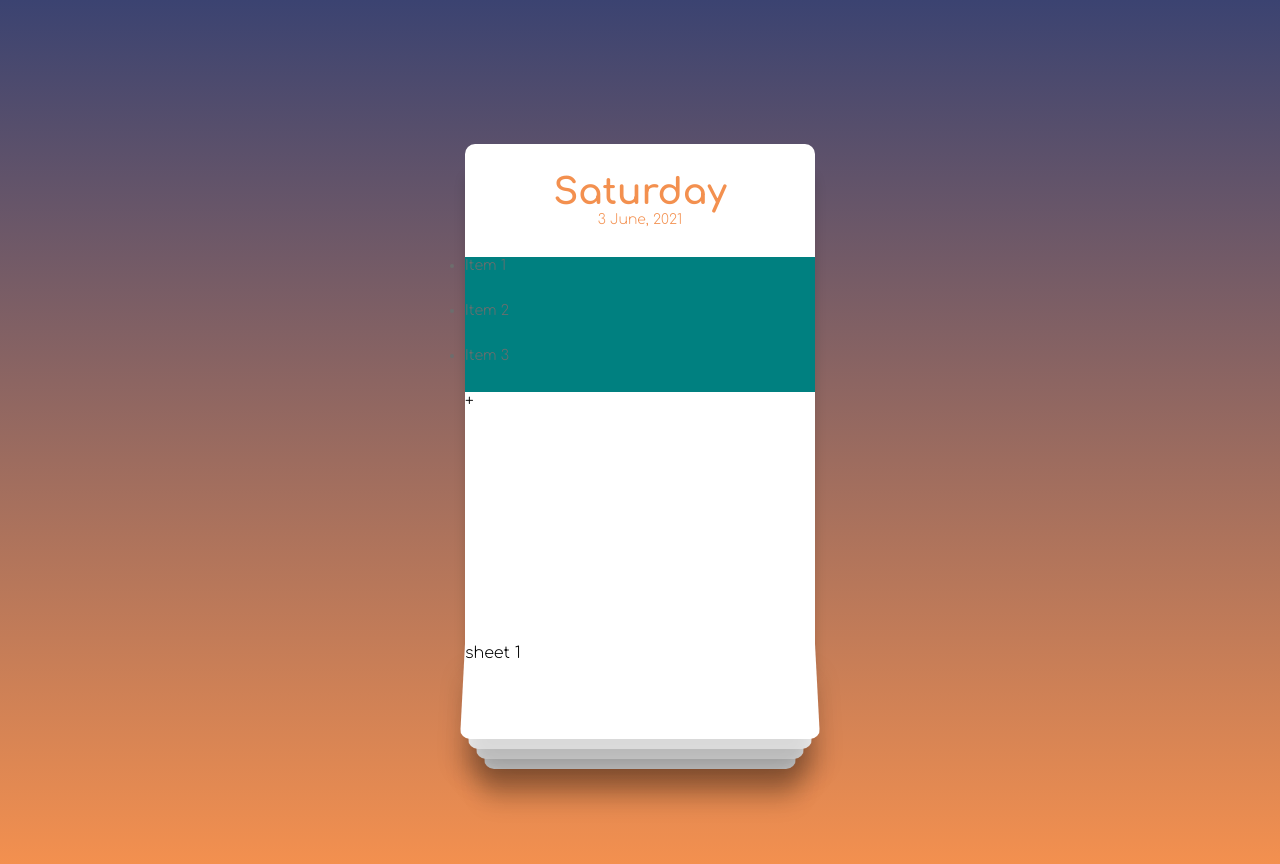
Repository: Colo-Codes/mini-projects
Page: todo-app/index.html
An editor plug-in stored every save of this project. The page is shown before and after the next save, followed by the edit.
The browser window is 1280 px wide. The pictures show the whole page.

Above is the page before, as saved 2021-07-04 12:00:19.

### todo-app/index.html
<!DOCTYPE html>
<html lang="en">
    <head>
        <meta charset="UTF-8" />
        <meta http-equiv="X-UA-Compatible" content="IE=edge" />
        <meta name="viewport" content="width=device-width, initial-scale=1.0" />
        <link rel="stylesheet" href="./css/index.css" />
        <title>Mini-Project - ToDo app</title>
    </head>
    <body>
        <div class="changing-background">
            <main class="todo">
                <section id="todo--header">
                    <header>Saturday</header>
                    <p>3 June, 2021</p>
                </section>
                <section id="todo--tasks-list">
                    <ul>
                        <li class="todo--tasks-list--item">Item 1</li>
                        <li class="todo--tasks-list--item">Item 2</li>
                        <li class="todo--tasks-list--item">Item 3</li>
                    </ul>
                </section>
                <section id="todo--footer">
                    <p>+</p>
                </section>
            </main>
            <div id="sheet-1-3d">sheet 1</div>
            <div id="sheet-2-3d">sheet 2</div>
            <div id="sheet-3-3d">sheet 3</div>
            <div id="sheet-4-3d">sheet 4</div>
        </div>
    </body>
</html>

### todo-app/css/index.css
@import url('https://fonts.googleapis.com/css2?family=Comfortaa:wght@300;700&display=swap');

/* SECTION Initial reset */

html {
    box-sizing: border-box;
    font-size: 16px;
}

*,
*:before,
*:after {
    box-sizing: inherit;
    margin: 0;
    padding: 0;
    /*outline: 1px dashed blue; /* Debugging purposes */
}

/* SECTION Background */

body {
    font-family: 'Comfortaa', cursive;
    background: #f3904f; /* fallback for old browsers */
    background: -webkit-linear-gradient(
        to bottom,
        #3b4371,
        #f3904f
    ); /* Chrome 10-25, Safari 5.1-6 */
    background: linear-gradient(
        to bottom,
        #3b4371,
        #f3904f
    ); /* W3C, IE 10+/ Edge, Firefox 16+, Chrome 26+, Opera 12+, Safari 7+ */
    background-repeat: no-repeat;
    background-size: cover;
    height: 100vh;
}

/* SECTION ToDo container */

.todo {
    margin: auto;
    margin-top: 20vh;
    width: 350px;
    height: 500px;
    background-color: white;
    border-radius: 10px 10px 0 0;
    box-shadow: 0px 30px 12px rgba(0, 0, 0, 0.15);
}

/* ToDo shapes and shadows */

div [id^='sheet-'] {
    margin: auto;
    border-radius: 0 0 10px 10px;
    -webkit-filter: drop-shadow(0px 30px 12px rgba(0, 0, 0, 0.15));
    filter: drop-shadow(0px 30px 12px rgba(0, 0, 0, 0.15));
    -ms-filter: "progid:DXImageTransform.Microsoft.Dropshadow(OffX=0, OffY=30, Color='#444')";
    filter: "progid:DXImageTransform.Microsoft.Dropshadow(OffX=0, OffY=30, Color='#444')";
    /* trapezoidal shape */
    border-bottom: 95px solid white;
    border-left: 5px solid transparent;
    border-right: 5px solid transparent;
}
#sheet-1-3d {
    width: 360px;
    height: 95px;
    margin: auto;
    border-radius: 0 0 10px 10px;
    position: relative;
    z-index: 1;
}
#sheet-2-3d {
    width: 344px;
    height: 95px;
    margin: auto;
    margin-top: -85px;
    border-radius: 0 0 10px 10px;
    position: relative;
    z-index: -1;
}
#sheet-3-3d {
    width: 328px;
    height: 95px;
    margin: auto;
    margin-top: -85px;
    border-radius: 0 0 10px 10px;
    position: relative;
    z-index: -2;
}
#sheet-4-3d {
    width: 312px;
    height: 95px;
    margin: auto;
    margin-top: -85px;
    border-radius: 0 0 10px 10px;
    position: relative;
    z-index: -3;
}

/* SECTION ToDo header */

#todo--header header {
    padding-top: 1.75rem;
    font-size: 2.25rem;
    font-weight: 700;
    text-align: center;
    color: #f3904f;
}

#todo--header p {
    font-size: 0.875rem;
    text-align: center;
    color: #f3904f;
}

/* SECTION ToDo list of tasks */

#todo--tasks-list {
    margin-top: 1.875rem;
}

.todo--tasks-list--item {
    font-size: 0.89rem;
    color: #6d6d6d;
    height: 45px;
    background-color: teal;
}

After the next save:
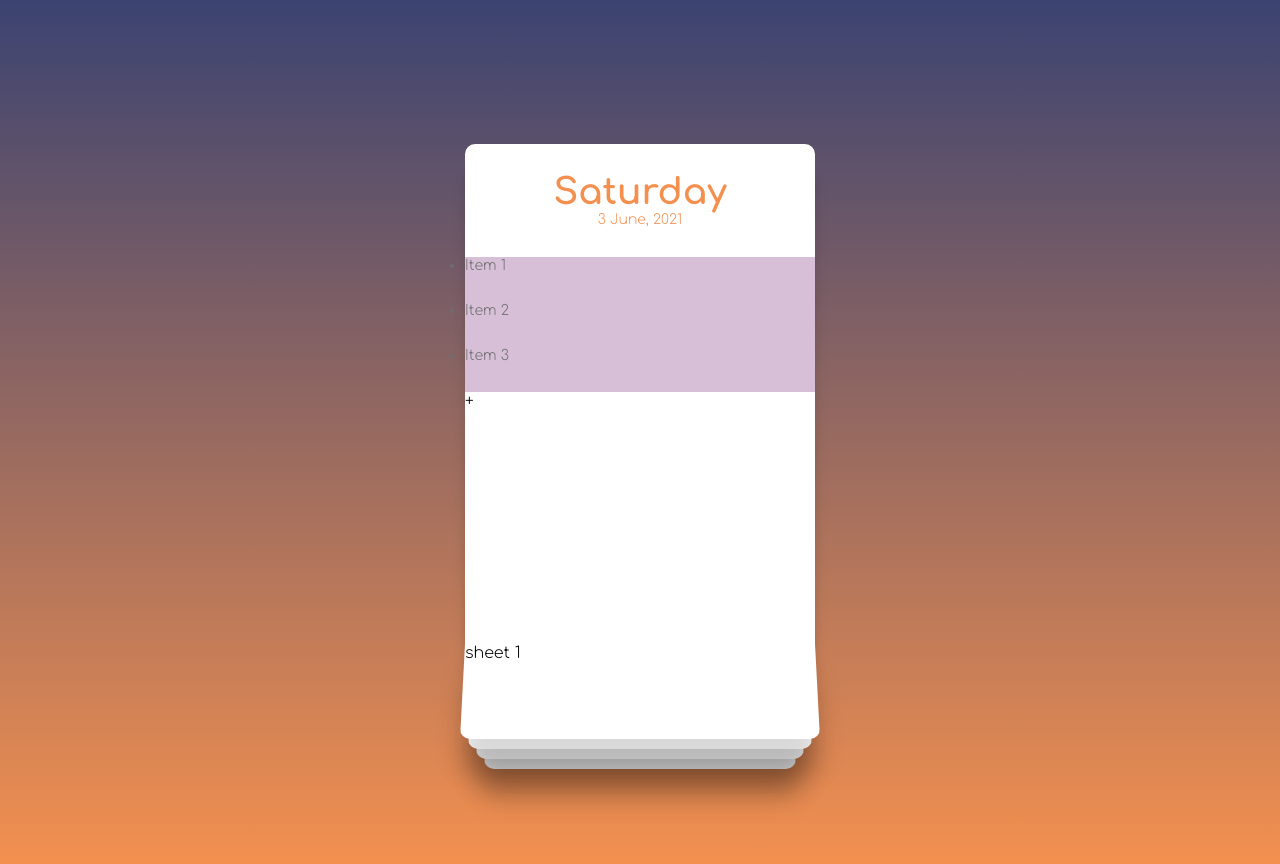
Saved 5 s later.
--- a/todo-app/css/index.css
+++ b/todo-app/css/index.css
@@ -124,5 +124,5 @@ div [id^='sheet-'] {
     font-size: 0.89rem;
     color: #6d6d6d;
     height: 45px;
-    background-color: teal;
+    background-color: thistle;
 }
